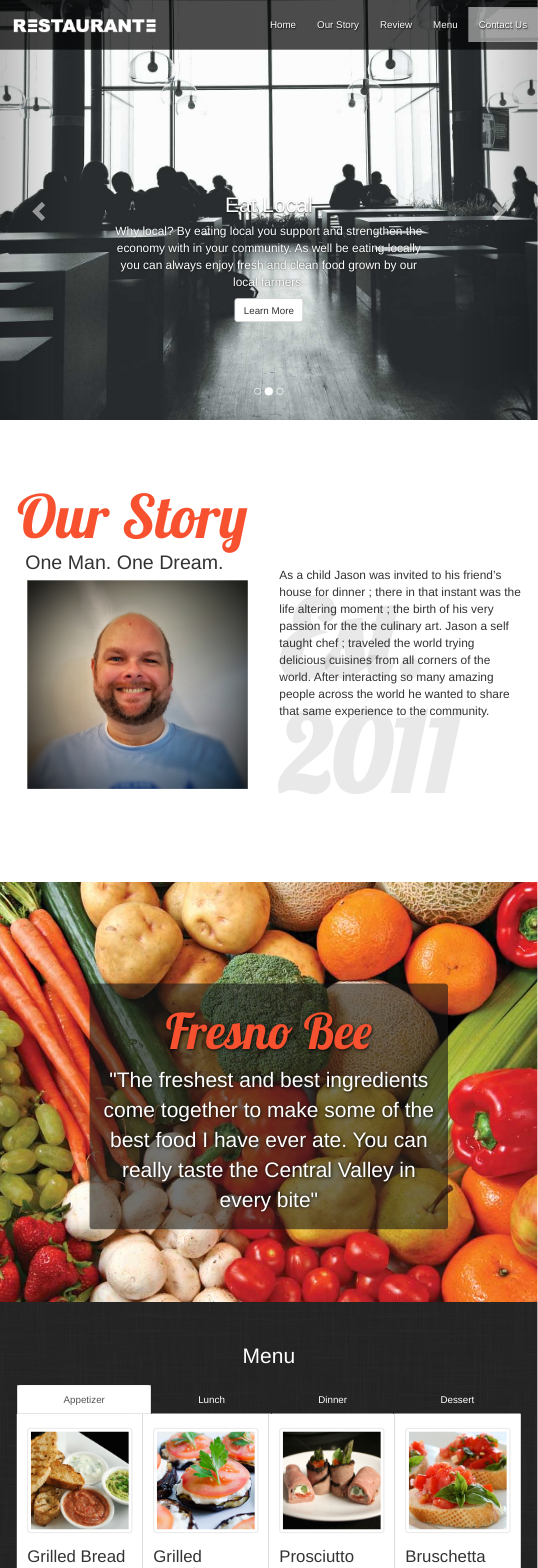
Repository: infamousflame/resteraunte
Page: index.html
The author's editor kept a record of every edit. The page is drawn from the files as they stood at one moment, then again after the next edit.
The browser window is 768 px wide. The pictures show the part of the page from y = 0 to 2240 px (the page is 3270 px tall), at 70% of full size.
Backgrounds fixed to the window are drawn as part of the page. Some web libraries are served in a nearby version.

Above is the page before.
Console error (its wording comes from the project's code and is left out).

After the next edit:
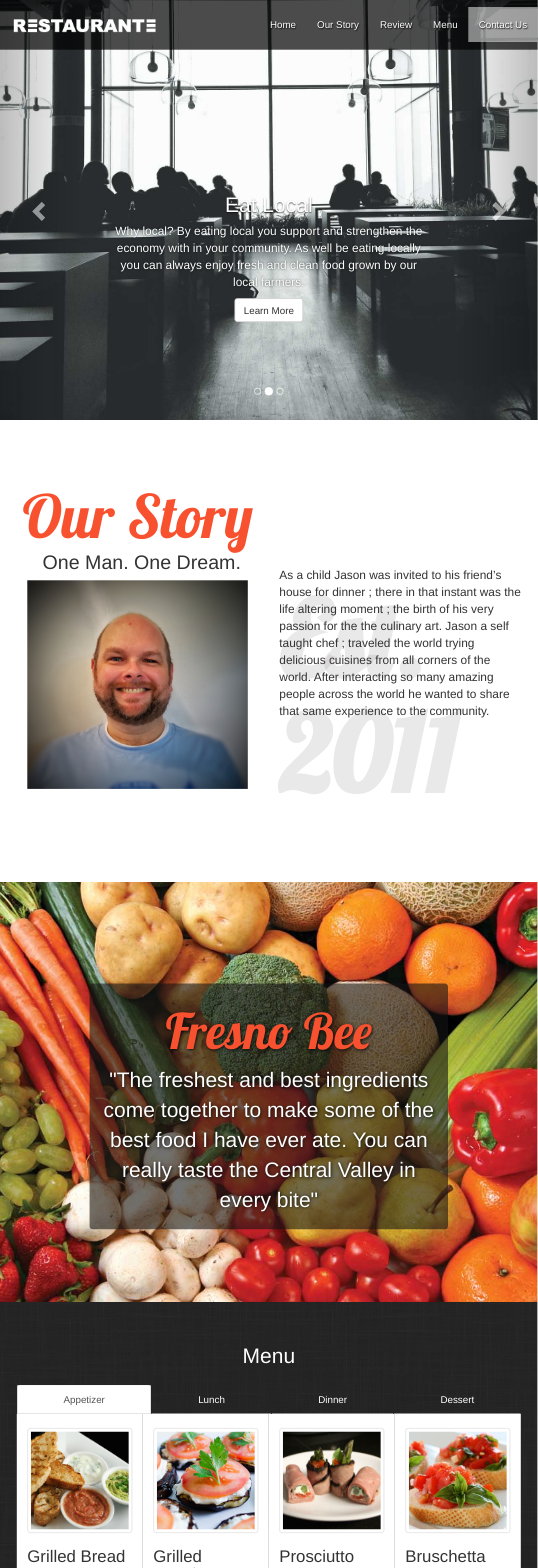
The edit:
--- a/css/styles.css
+++ b/css/styles.css
@@ -392,6 +392,8 @@
         border-radius: calc(7.5px / 2);
         font-size: 30px;
     }
-
-
-}
+    #our-story h1, h2{
+        text-align: center;
+    }
+
+}
